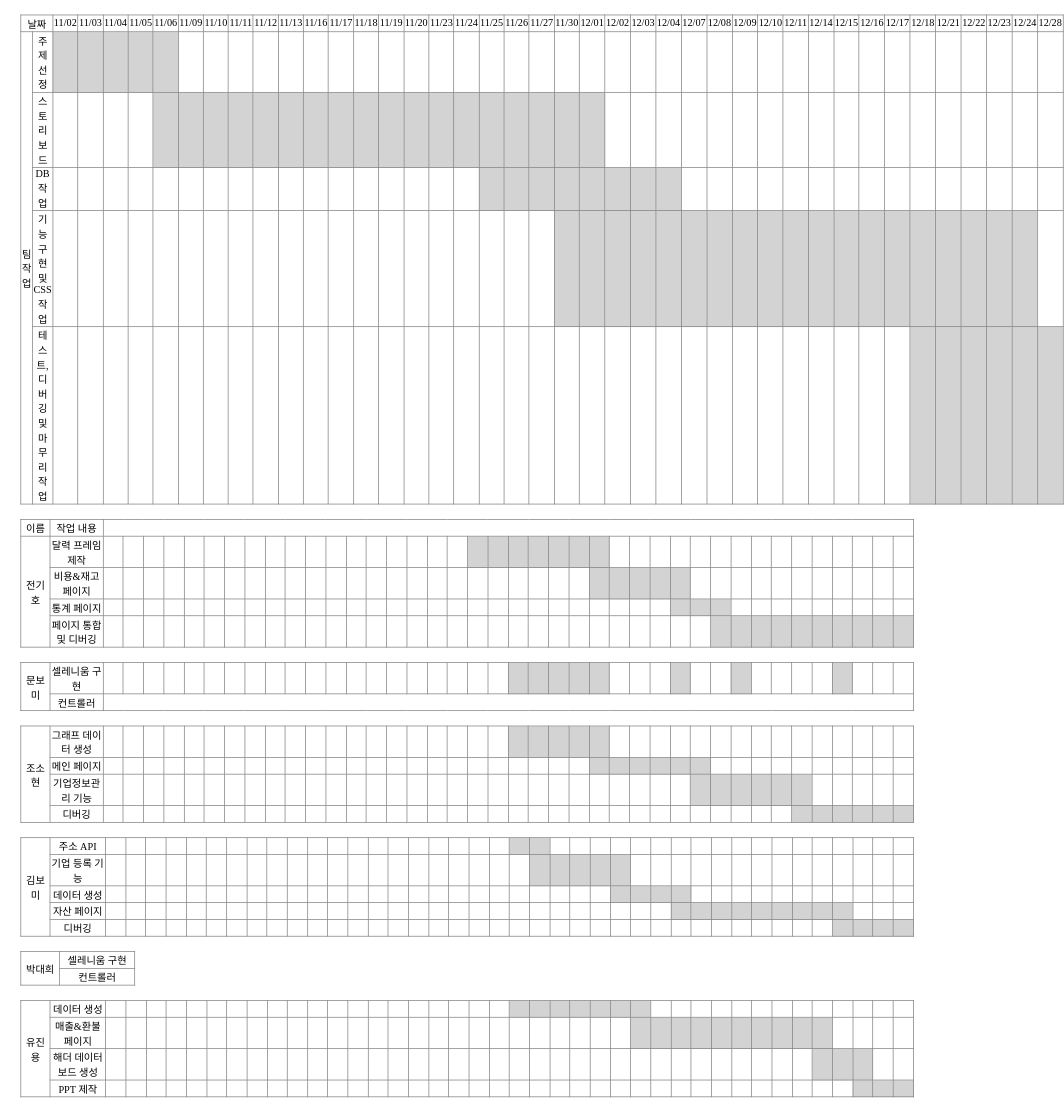
Repository: JEON-KIHO/finalProject
Page: http://localhost/ERP/WEB-INF/views/schedule.jsp
An editor plug-in stored every save of this project. The page is shown before and after the next save, followed by the edit.
The browser window is 1280 px wide. The page is 1457 px wide, so the pictures cover 1457 px, including what lies to the right of the window. The pictures show the whole page, at 73% of full size.
The page is served by Tomcat 9. Nobody is signed in. The template is opened directly, without the code that normally fills it, so the values that code supplies are empty.

Above is the page before, as saved 2020-12-24 08:27:12.

After the next save:
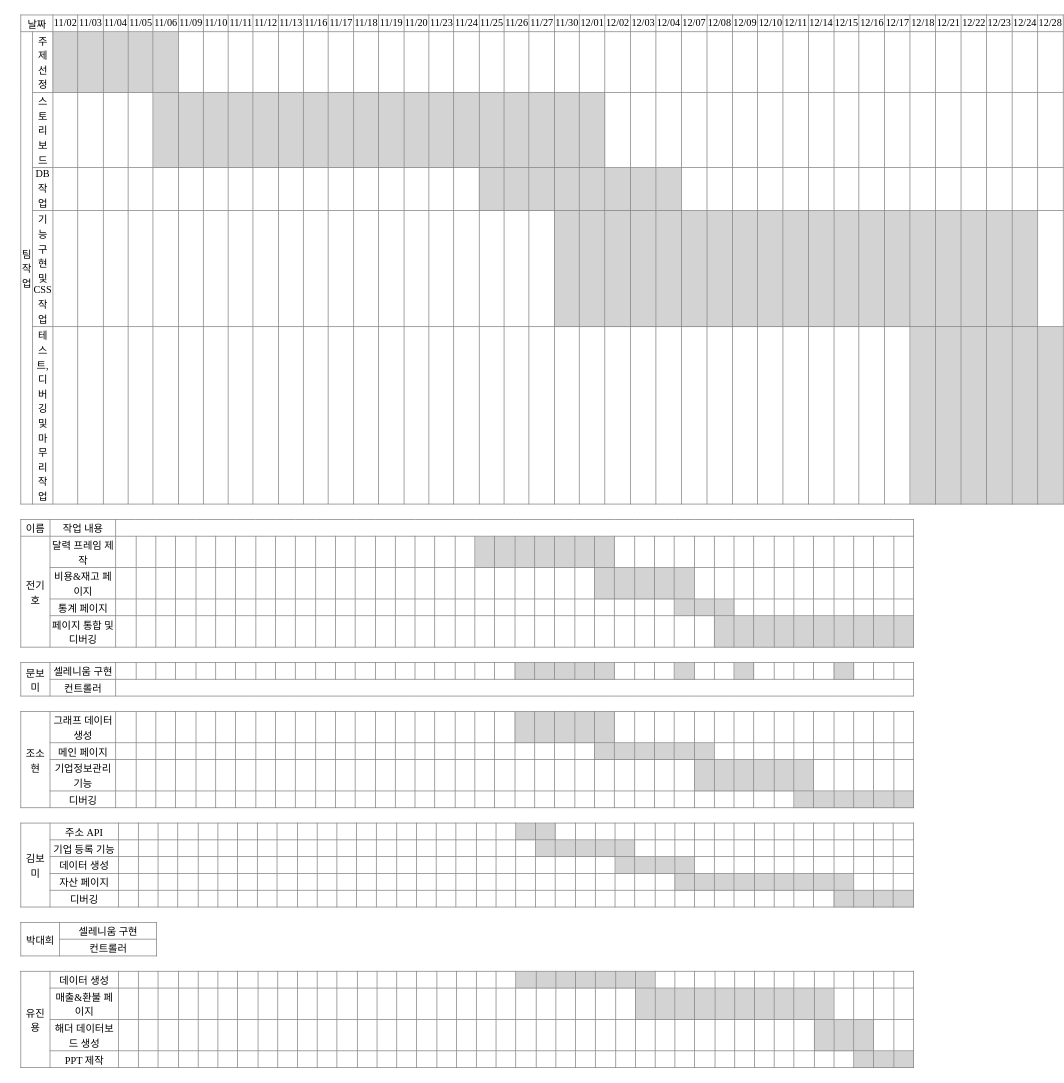
Saved 9 s later.
--- a/ERP/src/main/webapp/WEB-INF/views/schedule.jsp
+++ b/ERP/src/main/webapp/WEB-INF/views/schedule.jsp
@@ -9,7 +9,7 @@
 	table{font-size:14px; text-align:center; border-collapse:collapse; margin:20px;}
 	.black {background:lightgray;}
 	.day, .black, .white {width:38px;}
-	.sub {width:100px;}
+	.sub {width:130px;}
 </style>
 </head>
 <body>
